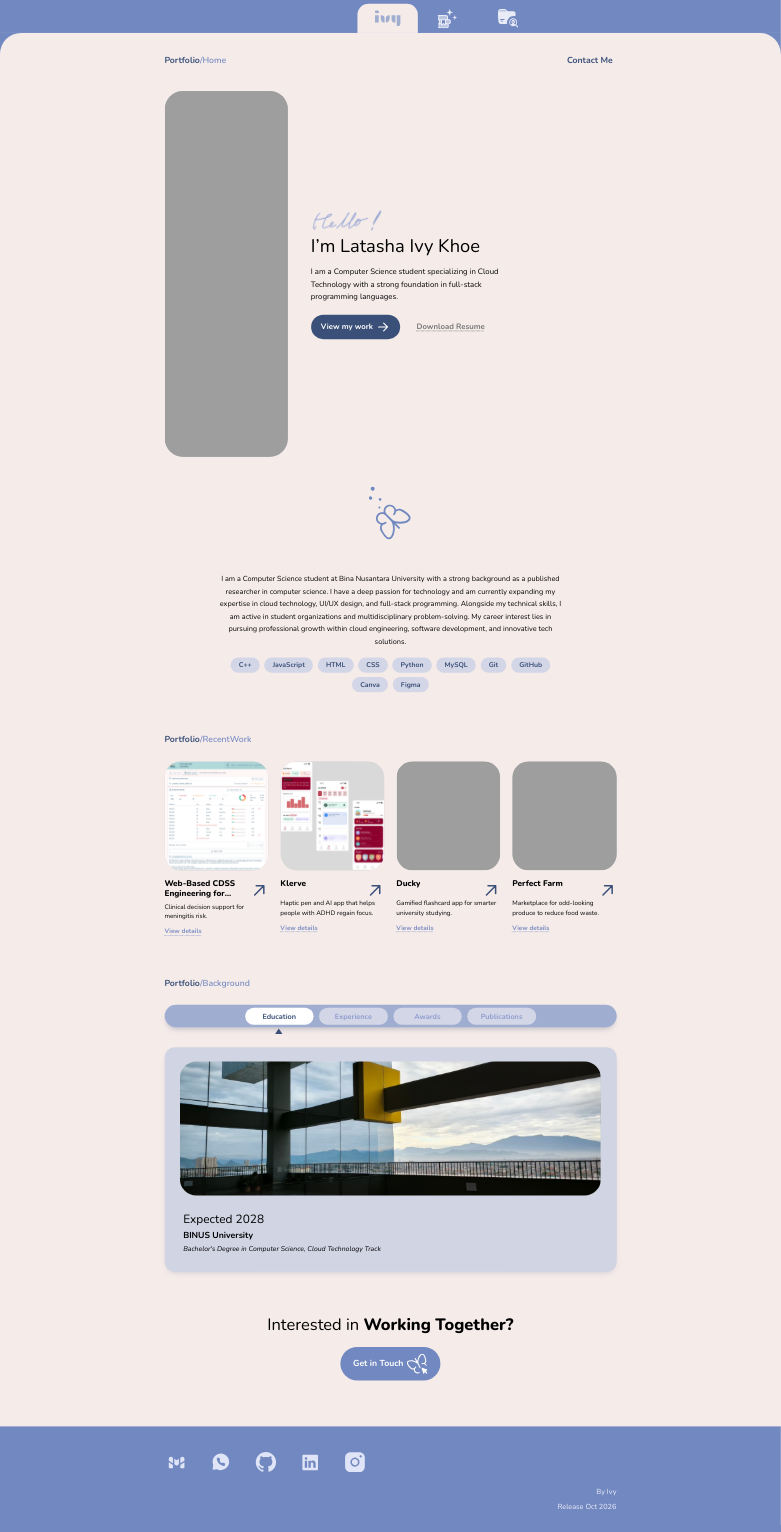
Repository: L-vy/L-vy
Page: /
These files come from the project's save history. The page is drawn as it stood at one moment and after the next save; the edit follows.
The browser window is 1280 px wide. The pictures show the whole page, at 61% of full size.
Pictures or frames that could not be fetched are drawn as grey boxes. Some web fonts or font styles are not loaded; a fallback is used. The project was rebuilt for these pictures with package versions that can differ from the ones it lists, and the page was loaded fresh each time. Also part of the build but not shown: vite.config.ts, src/components/ExperienceBinder.tsx, src/components/FolderCard.tsx, src/pages/ProjectDetails.tsx.

Above is the page before, as saved 2026-10-07 15:04:16.

After the next save:
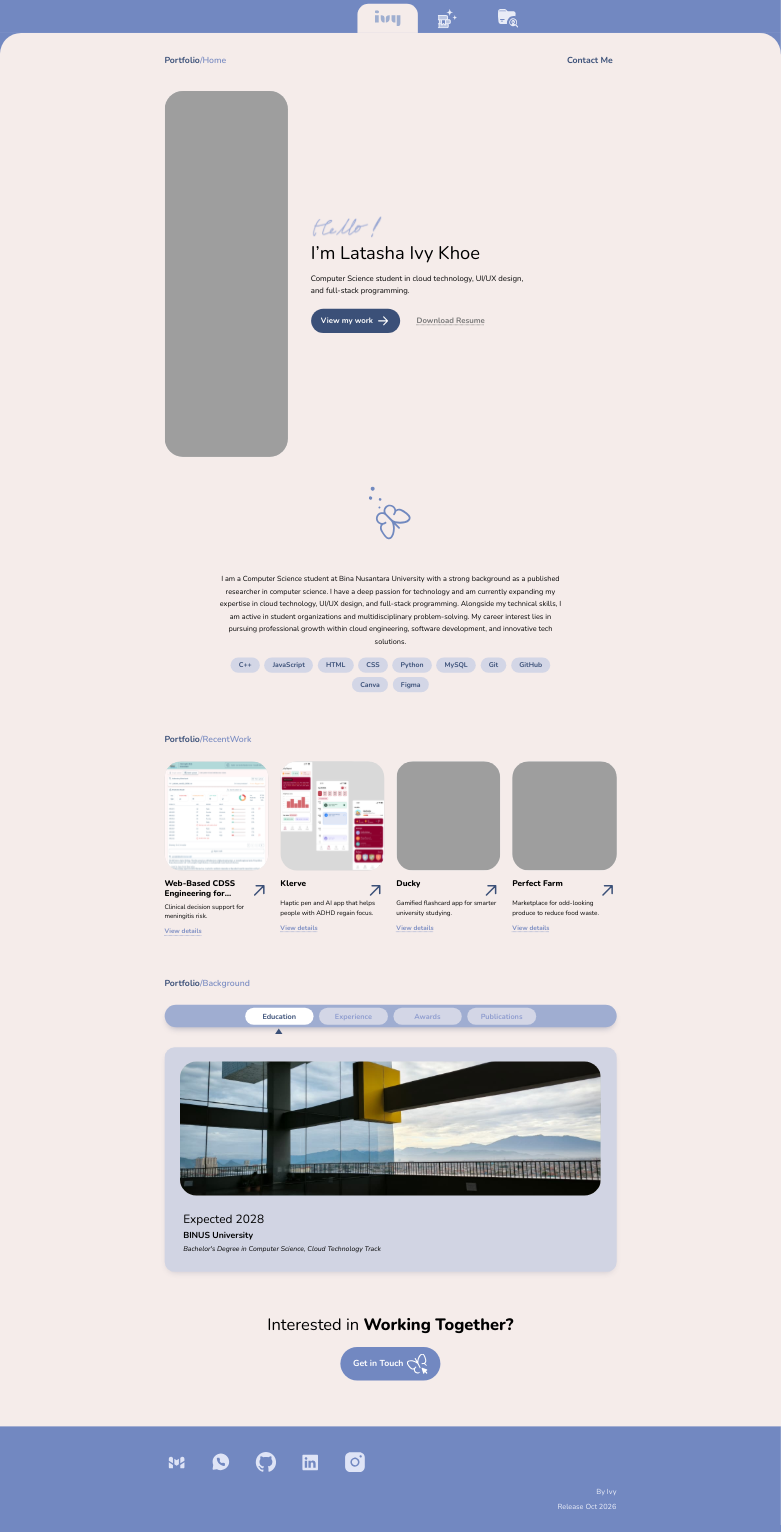
Saved 53 min 56 s later.
--- a/src/data/site.ts
+++ b/src/data/site.ts
@@ -1,7 +1,7 @@
 export const site = {
   name: 'Latasha Ivy Khoe',
   headline: 'Computer Science Student, Cloud Technology',
-  bio: 'I am a Computer Science student specializing in Cloud Technology with a strong foundation in full-stack programming languages.',
+  bio: 'Computer Science student in cloud technology, UI/UX design, and full-stack programming.',
   about: 'I am a Computer Science student at Bina Nusantara University with a strong background as a published researcher in computer science. I have a deep passion for technology and am currently expanding my expertise in cloud technology, UI/UX design, and full-stack programming. Alongside my technical skills, I am active in student organizations and multidisciplinary problem-solving. My career interest lies in pursuing professional growth within cloud engineering, software development, and innovative tech solutions.',
   skills: ['C++', 'JavaScript', 'HTML', 'CSS', 'Python', 'MySQL', 'Git', 'GitHub', 'Canva', 'Figma'],
   footer: { by: 'By Ivy', release: 'Release Oct 2026' },
